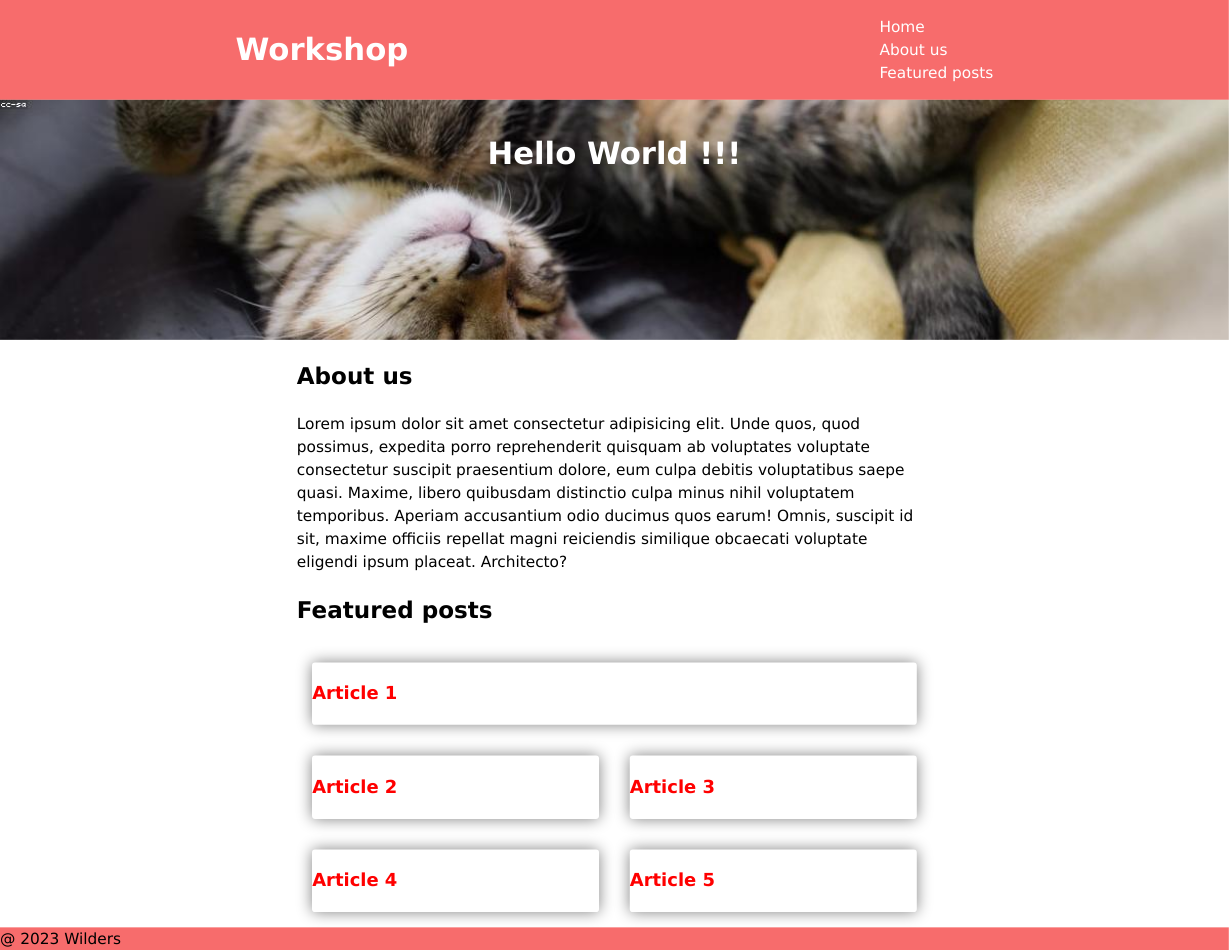
Repository: PPaillard/cssresponsive
Page: index.html
The author's editor kept a copy of each file at every save. The page is drawn from the files as they stood at one save, then again after the next save.
The browser window is 1280 px wide. The pictures show the whole page, at 96% of full size.

Above is the page before, as saved 2023-03-03 14:36:37.

After the next save:
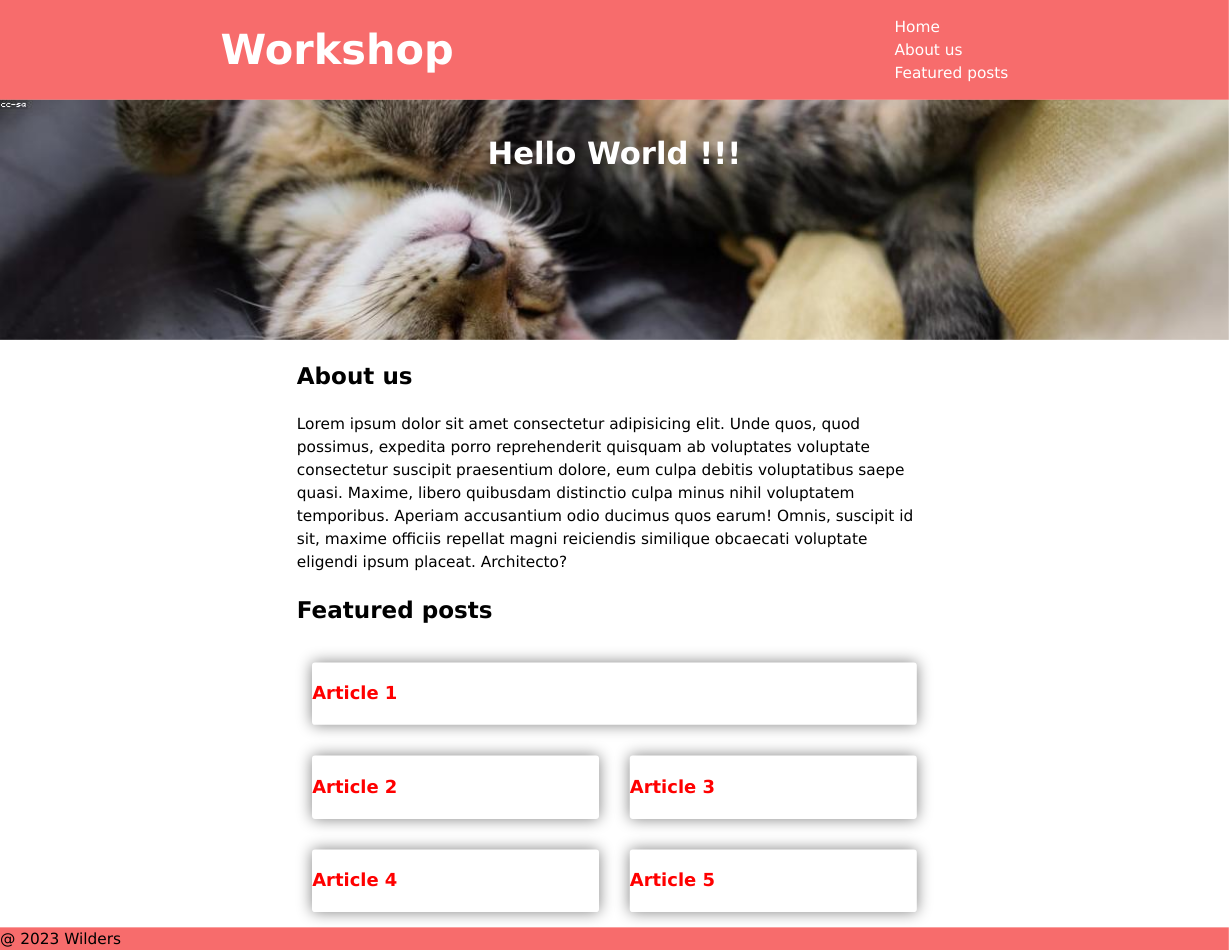
Saved 3 min 22 s later.
--- a/style.css
+++ b/style.css
@@ -19,7 +19,7 @@
 
 nav > h2 {
   margin: 0;
-  font-size: clamp(2rem, 4vh, 4rem);
+  font-size: clamp(2rem, 6vh, 4rem);
 }
 
 nav ul {
